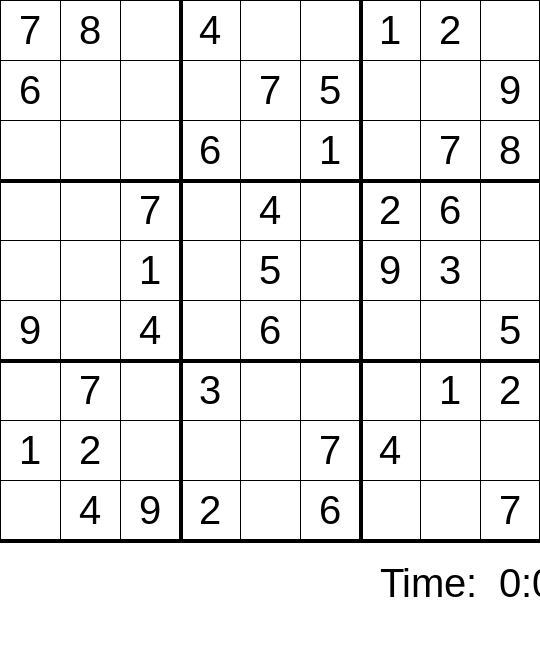
Repository: mattchn/sudoku
Script's output: python GUI.py
The author's editor kept a copy of each file at every save. The script's output is drawn from the files as they stood at one save, then again after a run of saves.
The window is shown after at most 60 frames with no key pressed. A system font it names is replaced by a similar one. Random numbers start from a fixed seed.

Above is the script's output before, as saved 2023-02-15 16:12:44.

After the next 2 saves:
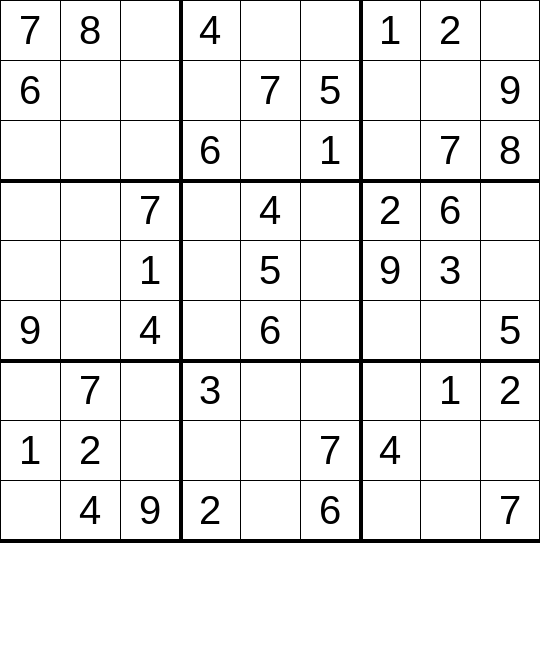
The 2 saves are shown as one change because 1 did not build or start.
The last was saved 106 s later.
--- a/GUI.py
+++ b/GUI.py
@@ -136,12 +136,9 @@ class Cube:
       self.temp = val
 
 
-def redraw_window(win, board, time, strikes):
+def redraw_window(win, board, strikes):
    win.fill((255,255,255))
-   # Draw time
    fnt = pygame.font.SysFont("comicsans", 40)
-   text = fnt.render("Time: " + format_time(time), 1, (0,0,0))
-   win.blit(text, (540 - 160, 560))
    # Draw Strikes
    text = fnt.render("X " * strikes, 1, (255, 0, 0))
    win.blit(text, (20, 560))
@@ -219,7 +216,7 @@ def main():
       if board.selected and key != None:
          board.sketch(key)
 
-      redraw_window(win, board, play_time, strikes)
+      redraw_window(win, board, strikes)
       pygame.display.update()
 
 
